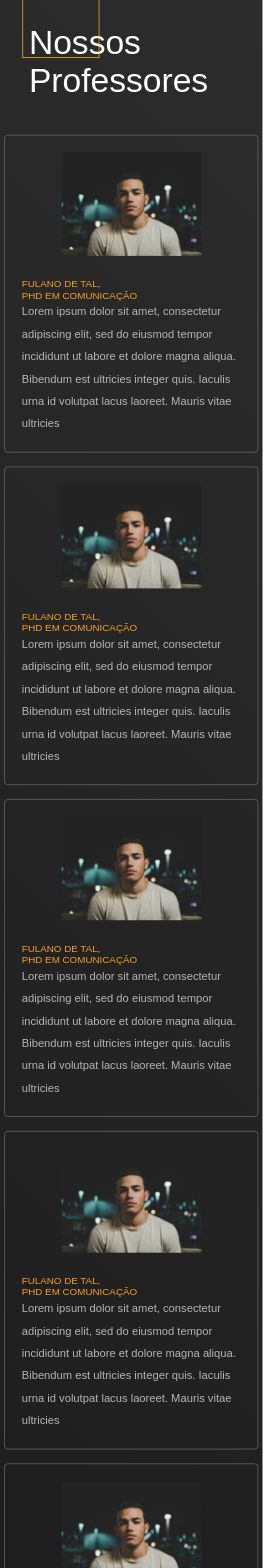
Repository: Rafael-Araujo-dev/Treinamento-Raccoon
Page: Projeto-2/index.html
These files come from the project's save history. The page is drawn as it stood at one moment and after a run of saves; the edit follows.
The browser window is 375 px wide. The pictures show the part of the page from y = 4022 to 6262 px (the page is 7041 px tall before and 7554 px after), at 70% of full size.
Backgrounds fixed to the window are drawn as part of the page. Some web fonts or font styles are not loaded; a fallback is used.

Above is the page before, as saved 2021-09-23 16:55:22.

After the next 3 saves:
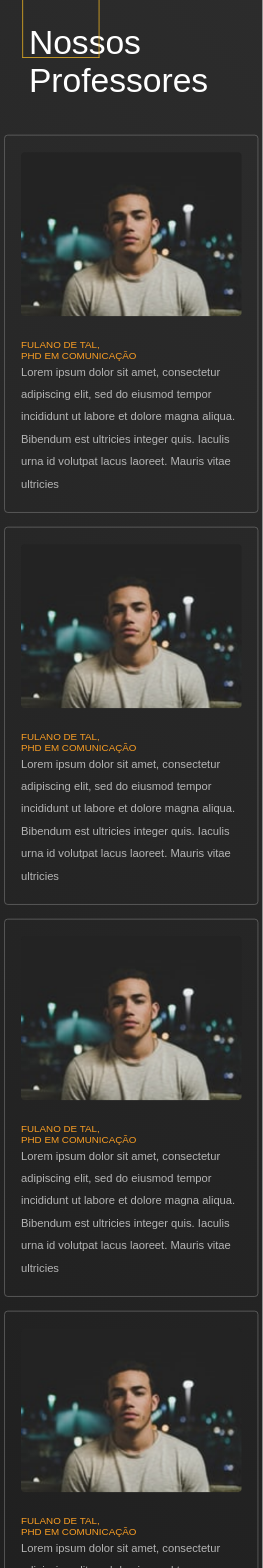
The 3 saves are shown as one change because they came seconds apart.
The last was saved 8 s later.
--- a/Projeto-2/css/style.css
+++ b/Projeto-2/css/style.css
@@ -735,7 +735,7 @@
 
 @media(max-width: 450px) {
     .our-teachers .card-image img {
-        max-width: 200px;
+        max-width: auto;
     }
 
     .our-teachers .card-container {
